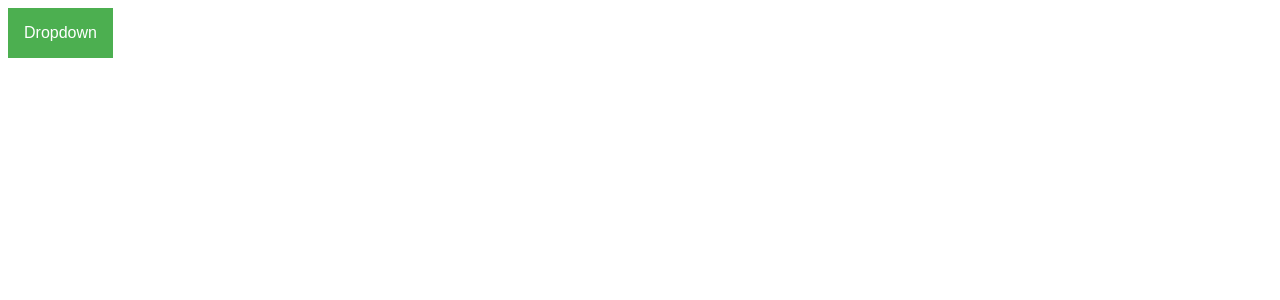
Repository: prm2711/javaapps
Page: http://localhost/Tournament/dropdown.jsp
An editor plug-in stored every save of this project. The page is shown before and after the next save, followed by the edit.
The browser window is 1280 px wide. The pictures show the whole page.
The page is served by Tomcat 9. Other server files are loaded and not shown.

Above is the page before, as saved 2018-01-29 10:23:12.

### eclipse-workspace/Tournament/WebContent/dropdown.jsp
<%@ page language="java" contentType="text/html; charset=ISO-8859-1"
    pageEncoding="ISO-8859-1"%>
<!DOCTYPE html PUBLIC "-//W3C//DTD HTML 4.01 Transitional//EN" "http://www.w3.org/TR/html4/loose.dtd">
<html>
<head>
<meta http-equiv="Content-Type" content="text/html; charset=ISO-8859-1">
<title>Insert title here</title>
<style>
.dropbtn {
    background-color: #4CAF50;
    color: white;
    padding: 16px;
    font-size: 16px;
    border: none;
    cursor: pointer;
}

.dropdown {
    position: relative;
    display: inline-block;
}

.dropdown-content {
    display: none;
    position: absolute;
    background-color: #f9f9f9;
    min-width: 160px;
    box-shadow: 0px 8px 16px 0px rgba(0,0,0,0.2);
    z-index: 1;
}

.dropdown-content form {
    color: black;
    padding: 12px 16px;
    text-decoration: none;
    display: block;
}

.button-add {
	display: block;
	border-style: none;
	color: white;
	text-decoration: none;
	border: 0px;
	background-color: red;
	font-family: Helvetica;
	font-size: 18px;
}
.dropdown-content form:hover {
	background-color: #f1f1f1;
}

.dropdown:hover .dropdown-content {
    display: block;
}

.dropdown:hover .dropbtn {
    background-color: #3e8e41;
}
</style>
</head>
<body>
<div class="dropdown">
  <button class="dropbtn">Dropdown</button>
  <div class="dropdown-content">
    <form method="post" action="inserttour.jsp" class="form-button">
		<input class="button-add" type="submit" name="link" value="Add Tournament">
	</form>
  </div>
</div>
</body>
</html>

After the next save:
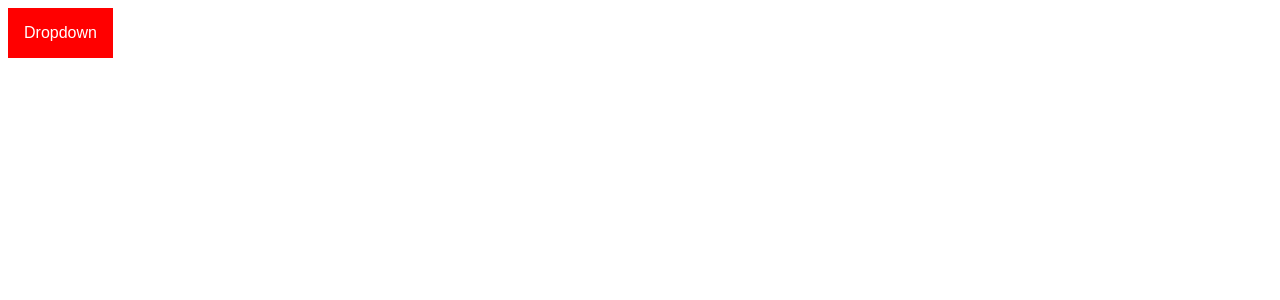
Saved 24 s later.
--- a/eclipse-workspace/Tournament/WebContent/dropdown.jsp
+++ b/eclipse-workspace/Tournament/WebContent/dropdown.jsp
@@ -7,7 +7,7 @@
 <title>Insert title here</title>
 <style>
 .dropbtn {
-    background-color: #4CAF50;
+    background-color: red;
     color: white;
     padding: 16px;
     font-size: 16px;
